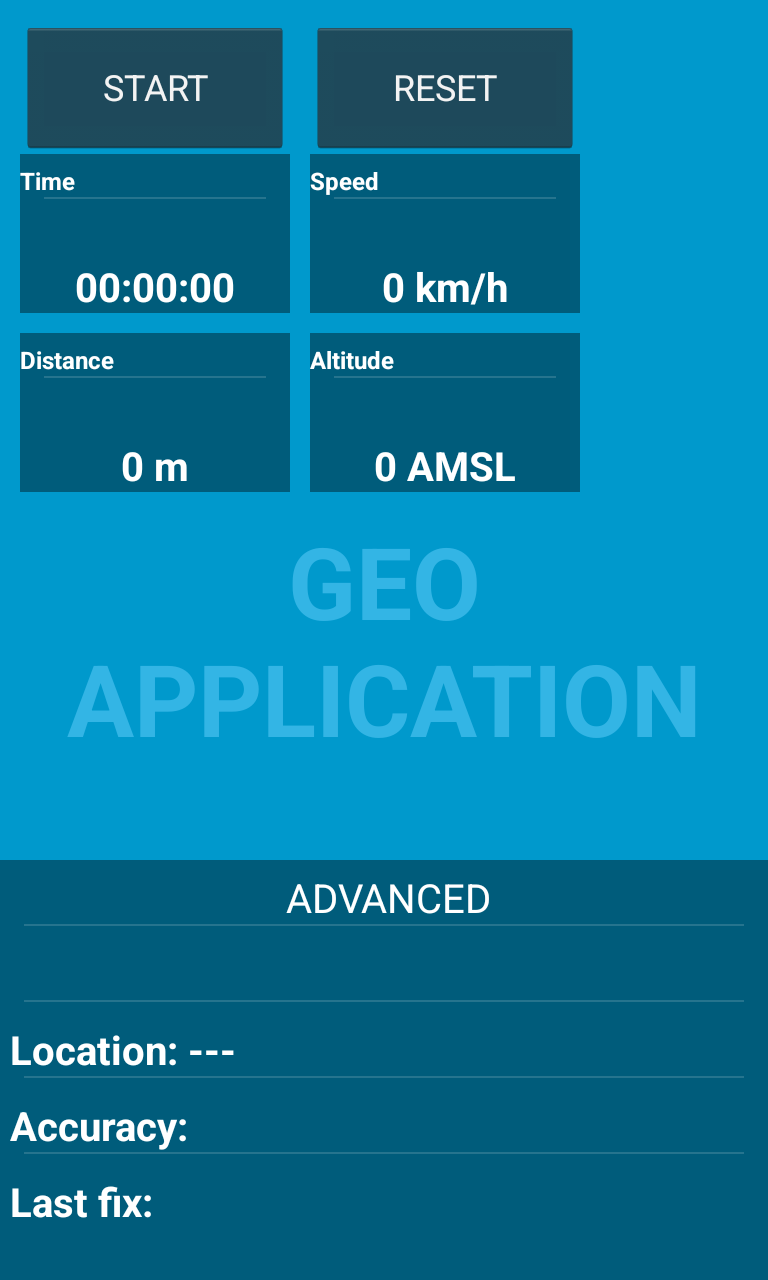
Repository: sebastianR1001/GeoApplication
Layout: GeoApplication/res/layout/activity_fullscreen.xml
These files come from the project's save history. The layout is drawn as it stood at one moment and after the next save; the edit follows.
It is drawn on a 768 x 1280 px phone screen (xhdpi) without system bars, with theme FullscreenTheme; the app's code is not run.

Above is the layout before, as saved 2014-10-24 18:23:55.

After the next save:
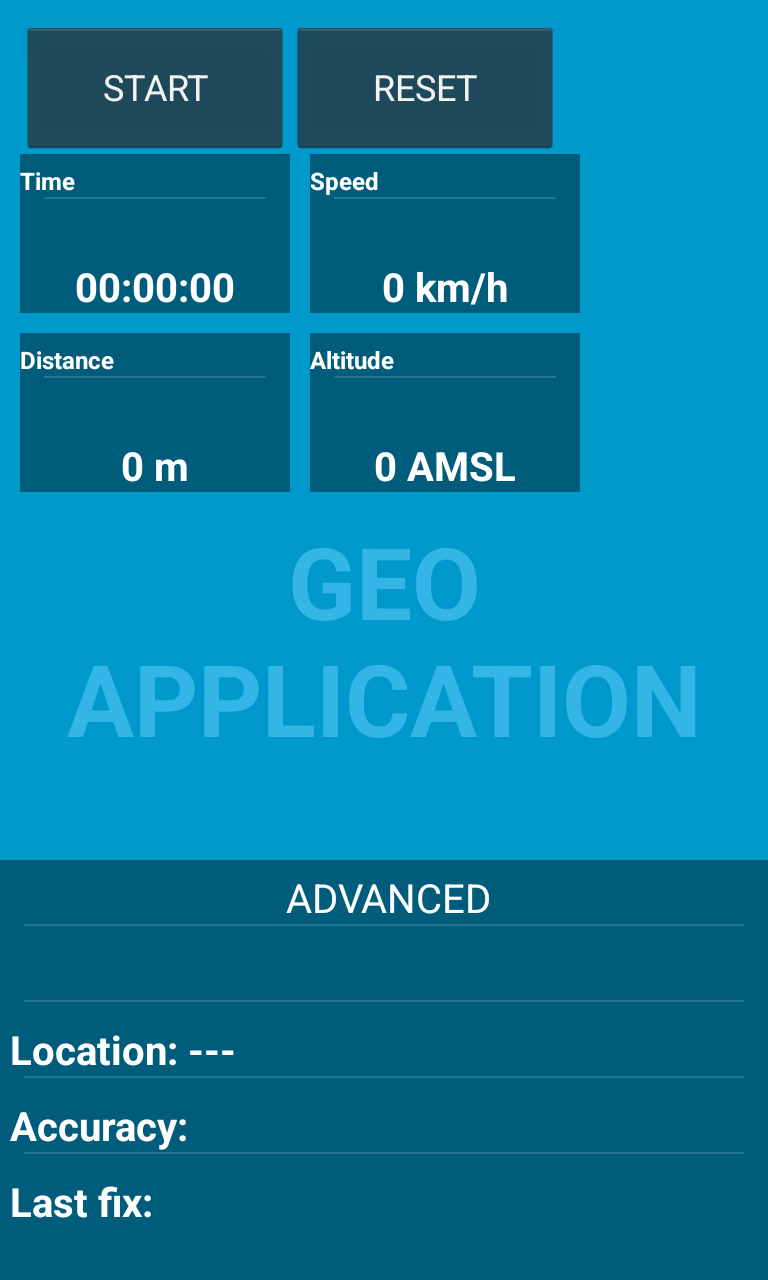
Saved 35 s later.
--- a/GeoApplication/res/layout/activity_fullscreen.xml
+++ b/GeoApplication/res/layout/activity_fullscreen.xml
@@ -44,7 +44,7 @@
 		        android:id="@+id/resetButton"
 		        android:layout_width="135dp"
 		        android:layout_height="67dp"
-		        android:layout_marginLeft="10dp"
+		        android:layout_marginRight="10dp"
 		        android:text="@string/resetButton" />
 
         </TableRow>
